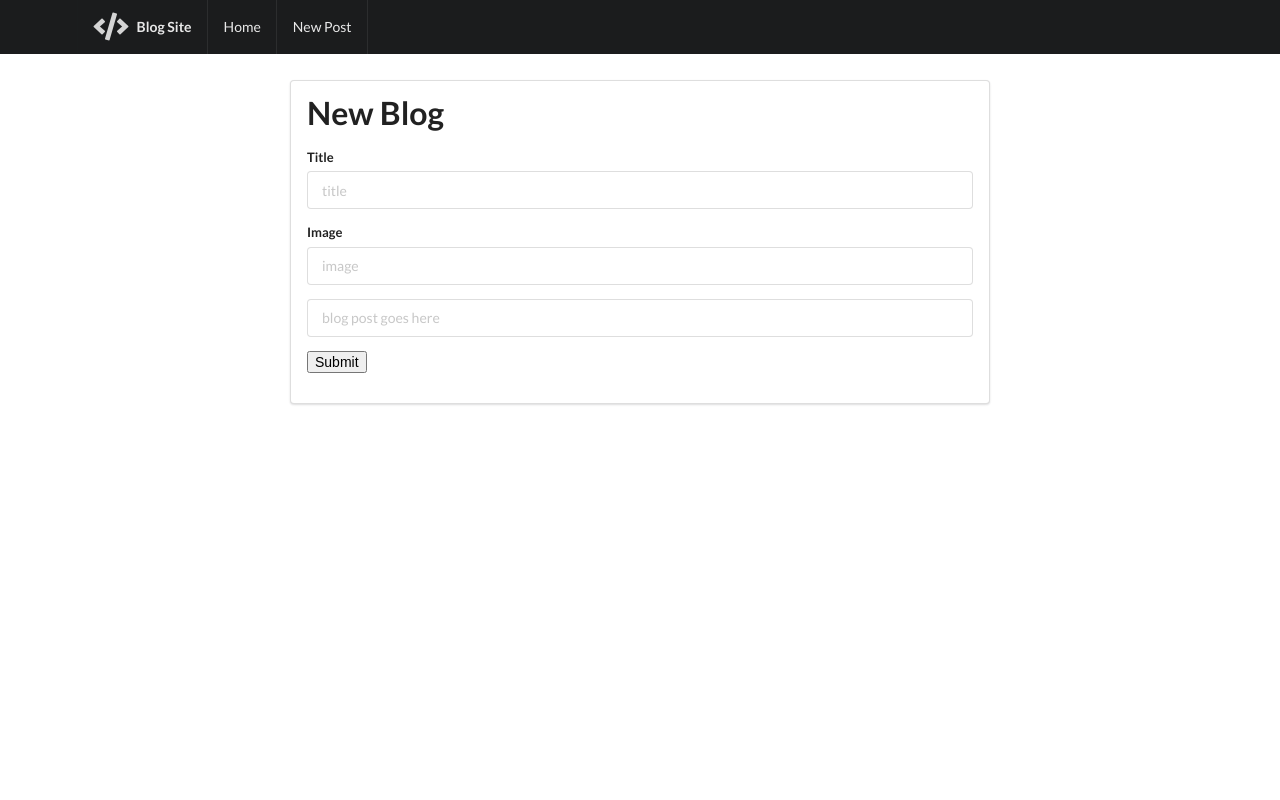
Repository: msuzuki23/AWS-Cloud9-YelpCamp
Page: http://localhost/blogs/new
The author's editor kept a record of every edit. The page is drawn from the files as they stood at one moment, then again after the next edit.
The browser window is 1280 px wide. The pictures show the whole page.
The page is served by the project's Node server (RestBlogs/app.js).

Above is the page before.

### RestBlogs/views/new.ejs
<% include ./partials/header %>
<div class="ui main text container segment">
    <div class="ui huge header">New Blog</div>
    <form class="ui form" action="/blogs" method="POST">
        <div class="field">
            <label>Title</label>
            <input type="text" name="blog[title]" placeholder="title">
        </div>
        <div class="field">
            <label>Image</label>
            <input type="text" name="blog[image]" placeholder="image">
        </div>
        <div class="field">
            <input type="text" name="blog[body]" placeholder="blog post goes here">
        </div>


        <input type="submit">
    </form>
</div>
<% include ./partials/footer %>

### RestBlogs/views/partials/header.ejs
<html>
    <head>
        <title>Blog App</title>
        <link rel="stylesheet" type="text/css" href="https://cdnjs.cloudflare.com/ajax/libs/semantic-ui/2.4.1/semantic.css">
        <link rel="stylesheet" type="text/css" href="/stylesheets/app.css">
    </head>
    <body>
        <div class="ui fixed inverted menu">
            <div class="ui container">
                <div class="header item"><i class="code icon"></i>Blog Site</div>
                <a href="/" class="item">Home</a>
                <a href="/blogs/new" class="item">New Post</a>
            </div>
        </div>

### RestBlogs/app.js
var express = require("express"),
app = express(),
bodyParser = require("body-parser"),
mongoose = require("mongoose"),
methodOverride = require("method-override");

//APP CONFIG
mongoose.connect("mongodb://localhost/restful_blog_app", {useNewUrlParser: true});
app.set("view engine", "ejs");
app.use(express.static("public"));
app.use(bodyParser.urlencoded({extended: true}));
app.use(methodOverride("_method"));

//MONGOOSE/MODEL CONFIG
var blogSchema = new mongoose.Schema({
   title: String,
   image: String,
   body: String,
   created: {type: Date, default: Date.now}
});
var Blog = mongoose.model("Blog", blogSchema);

// Blog.create({
//     title: "This is a Porsche",
//     image: "https://files1.porsche.com/filestore/image/multimedia/none/991-2nd-c2-t-modelimage-sideshot/model/835bee23-b26b-11e7-b591-0019999cd470/porsche-model.png",
//     body: "What a beautiful Yellow Car"
// });

//RESTFUL ROUTES
app.get("/", function(req, res){
    res.redirect("/blogs");
});

// INDEX ROUTE
app.get("/blogs", function(req, res){
    // res.render("index");
    Blog.find({}, function(err, blogs){
        if(err){
            console.log("ERROR");
        } else {
            res.render("index", {blogs: blogs});
        }
    });
});

// NEW ROUTE
app.get("/blogs/new", function(req, res){
    res.render("new");
});

// CREATE ROUTE
app.post("/blogs", function(req, res){
    // create blog
    Blog.create(req.body.blog, function(err, newBlog){
        if(err){
            res.render("new");
        } else {
            // then redirect to the index
            res.redirect("/blogs");
        }
    });
});

// SHOW ROUTE
app.get("/blogs/:id", function(req, res){
   Blog.findById(req.params.id, function(err, foundBlog){
      if(err){
          res.redirect("/blogs");
      } else {
          res.render("show", {blog: foundBlog})
      }
    })
});

//EDIT ROUTE
app.get("/blogs/:id/edit", function(req, res){
    Blog.findById(req.params.id, function(err, foundBlog){
        if(err){
            res.redirect("/blogs");
        } else {
            res.render("edit", {blog: foundBlog});
        }
    });
});

// UPDATE ROUTE
app.put("/blogs/:id", function(req, res){
    Blog.findByIdOneAndUpdate(req.params.id, req.body.blog, function(err, updatedBlog){
        if(err){
            res.redirect("/blogs");
        } else {
            res.redirect("/blogs/" + req.params.id);
        }
    });
});

// DELETE ROUTE
app.delete("/blogs/:id", function(req, res){
   //destroy blog
   Blog.findByIdAndRemove(req.params.id, function(err){
      if(err){
          res.redirect("/blogs");
      } else {
          res.redirect("/blogs");
      }
   });
   //redirect somewhere
});













// Tell Express to listen for requests (start server)
app.listen(process.env.PORT, process.env.IP, function(){
    console.log("Blog Server Started");
});

### RestBlogs/public/stylesheets/app.css
html {
    maring: 0 auto;
}

i.icon {
    font-size: 2em;
}

.container.main {
    margin-top: 5em;
}

#delete {
    display: inline;
}

Loaded but not shown: RestBlogs/views/partials/footer.ejs (common file)

After the next edit:
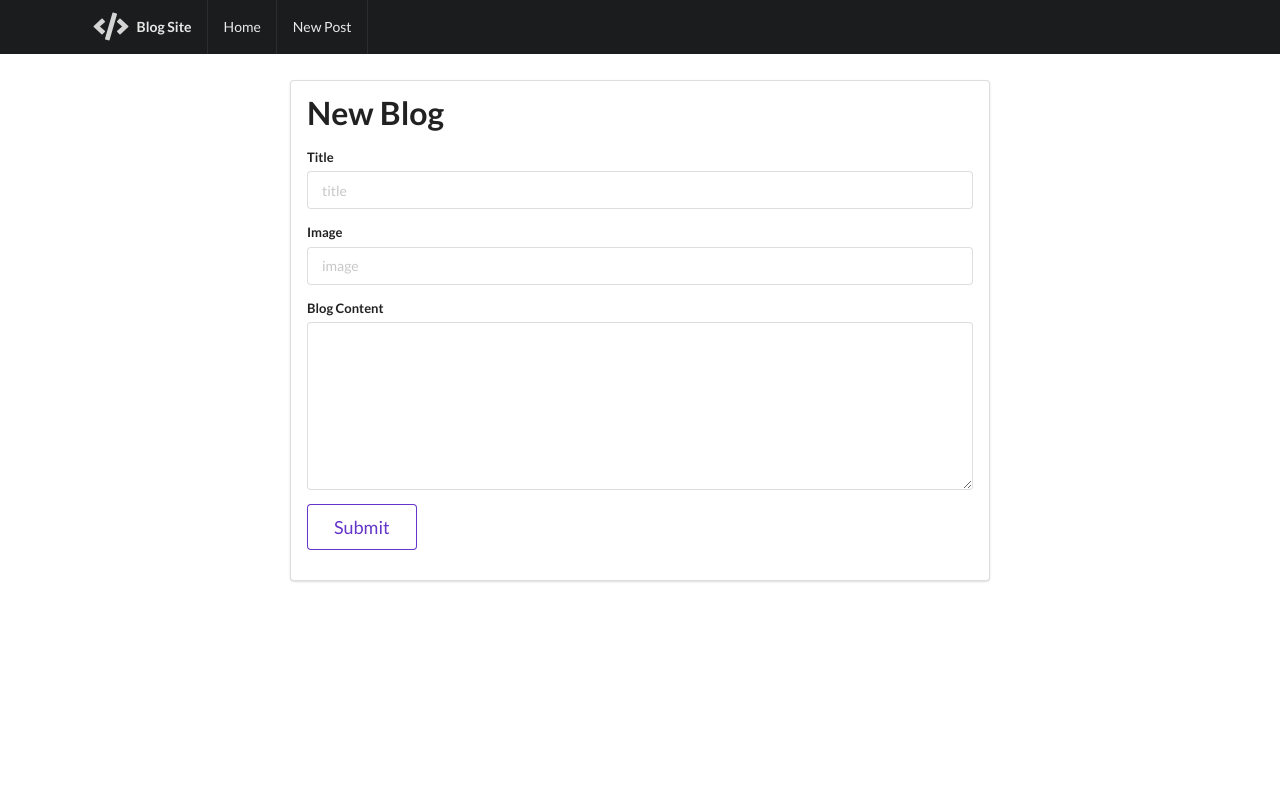
The edit:
--- a/RestBlogs/views/new.ejs
+++ b/RestBlogs/views/new.ejs
@@ -11,11 +11,10 @@
             <input type="text" name="blog[image]" placeholder="image">
         </div>
         <div class="field">
-            <input type="text" name="blog[body]" placeholder="blog post goes here">
+            <label>Blog Content</label>
+            <textarea name="blog{body]"></textarea>
         </div>
-
-
-        <input type="submit">
+        <input class="ui violet big basic button" type="submit">
     </form>
 </div>
 <% include ./partials/footer %>
